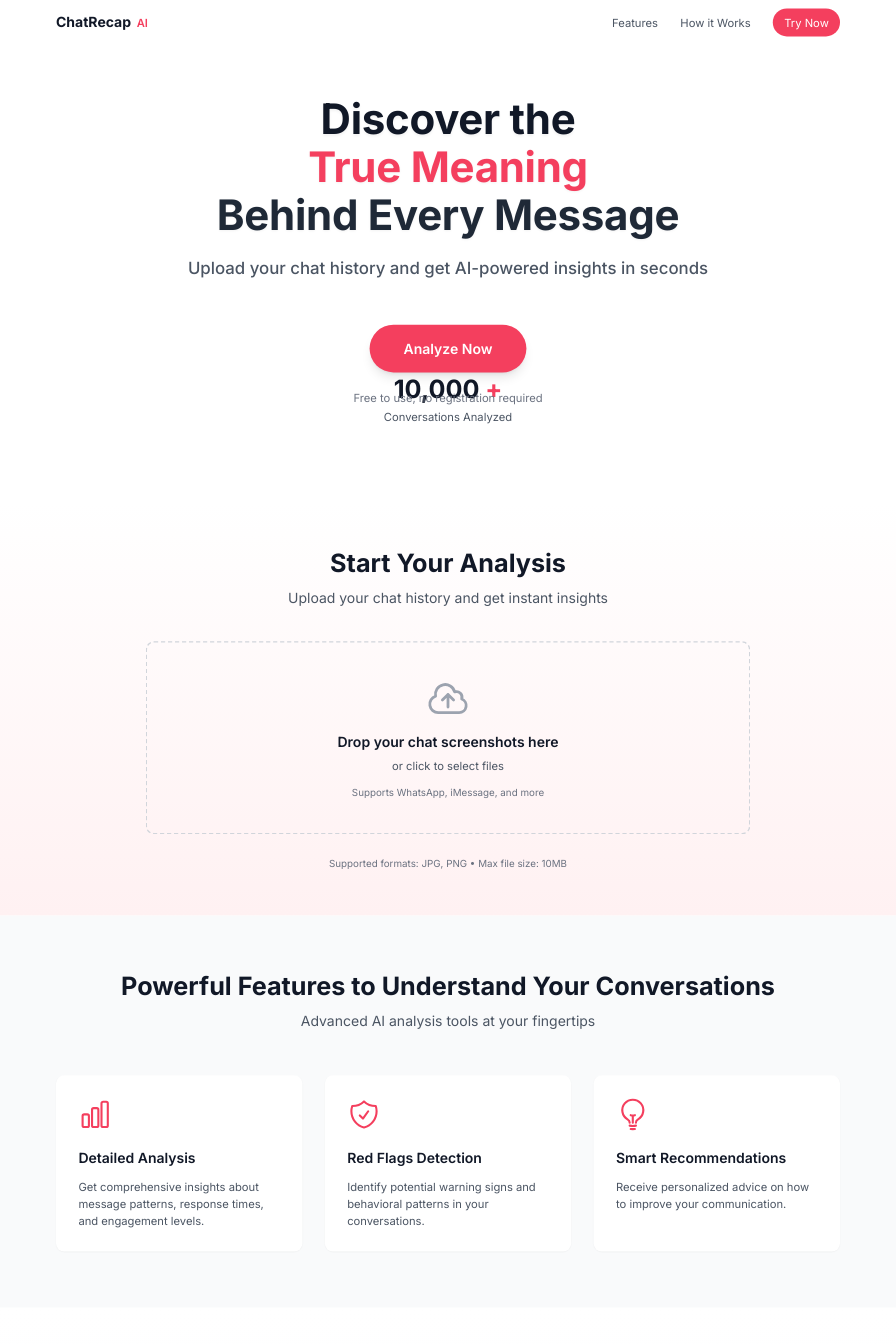
Repository: eurekabot123/chatrecap-ai
Page: /
These files come from the project's save history. The page is drawn as it stood at one moment and after the next save; the edit follows.
The browser window is 1280 px wide. The pictures show the part of the page from y = 0 to 1920 px (the page is 3617 px tall), at 70% of full size.
The project was rebuilt for these pictures with package versions that can differ from the ones it lists, and the page was loaded fresh each time. The framework's server and built-in components were replaced by stand-ins that run in the browser. Also part of the build but not shown: next.config.ts.

Above is the page before, as saved 2025-01-13 02:25:58.

### src/app/layout.tsx
import './globals.css'
import type { Metadata } from 'next'
import { Inter } from 'next/font/google'
import Navbar from '@/components/layout/Navbar'
import Footer from '@/components/layout/Footer'

const inter = Inter({ subsets: ['latin'] })

export const metadata: Metadata = {
  title: 'ChatRecap AI - Discover the True Meaning Behind Every Message',
  description: 'Upload your chat history and get AI-powered insights in seconds',
}

export default function RootLayout({
  children,
}: {
  children: React.ReactNode
}) {
  return (
    <html lang="zh">
      <body className={inter.className}>
        <Navbar />
        {children}
        <Footer />
      </body>
    </html>
  )
}

### src/app/page.tsx
import Hero from '@/components/home/Hero'
import Features from '@/components/home/Features'
import Demo from '@/components/home/Demo'
import Upload from '@/components/home/Upload'
import Testimonials from '@/components/home/Testimonials'

export default async function Home() {
  return (
    <main className="min-h-screen bg-gradient-to-b from-white via-white to-gray-50">
      <div className="max-w-7xl mx-auto">
        <Hero />
        <Upload />
        <Features />
        <Demo />
        <Testimonials />
      </div>
    </main>
  )
}

### src/app/globals.css
@tailwind base;
@tailwind components;
@tailwind utilities;

:root {
  --background: #ffffff;
  --foreground: #171717;
}

@media (prefers-color-scheme: dark) {
  :root {
    --background: #0a0a0a;
    --foreground: #ededed;
  }
}

body {
  color: var(--foreground);
  background: var(--background);
  font-family: Arial, Helvetica, sans-serif;
}

h1 {
  text-shadow: 0 2px 4px rgba(0,0,0,0.05);
}

.gradient-text {
  background-clip: text;
  -webkit-background-clip: text;
}

### src/components/layout/Navbar.tsx
'use client'

import { motion } from 'framer-motion'
import Link from 'next/link'

export default function Navbar() {
  return (
    <motion.nav
      className="fixed w-full z-50 bg-white/80 backdrop-blur-md"
      initial={{ y: -100 }}
      animate={{ y: 0 }}
      transition={{ duration: 0.5 }}
    >
      <div className="max-w-6xl mx-auto px-4">
        <div className="flex items-center justify-between h-16">
          {/* Logo */}
          <Link href="/" className="flex items-center space-x-2">
            <span className="text-xl font-bold text-gray-900">ChatRecap</span>
            <span className="text-primary-500 font-semibold">AI</span>
          </Link>

          {/* Navigation Links */}
          <div className="hidden md:flex items-center space-x-8">
            <Link href="#features" className="text-gray-600 hover:text-gray-900">Features</Link>
            <Link href="#how-it-works" className="text-gray-600 hover:text-gray-900">How it Works</Link>
            <button className="bg-primary-500 text-white px-4 py-2 rounded-full hover:bg-primary-600 transition-colors">
              Try Now
            </button>
          </div>
        </div>
      </div>
    </motion.nav>
  )
}

### src/components/layout/Footer.tsx
export default function Footer() {
  return (
    <footer className="bg-gray-50 py-12">
      <div className="max-w-6xl mx-auto px-4">
        <div className="grid grid-cols-1 md:grid-cols-4 gap-8">
          {/* Brand Section */}
          <div className="col-span-1 md:col-span-2">
            <div className="flex items-center space-x-2 mb-4">
              <span className="text-xl font-bold text-gray-900">ChatRecap</span>
              <span className="text-primary-500 font-semibold">AI</span>
            </div>
            <p className="text-gray-600 max-w-sm">
              Advanced AI-powered chat analysis to help you understand your conversations better.
            </p>
          </div>

          {/* Links Section */}
          <div>
            <h3 className="font-semibold text-gray-900 mb-4">Product</h3>
            <ul className="space-y-2">
              <li><a href="#features" className="text-gray-600 hover:text-gray-900">Features</a></li>
              <li><a href="#how-it-works" className="text-gray-600 hover:text-gray-900">How it Works</a></li>
              <li><a href="#pricing" className="text-gray-600 hover:text-gray-900">Pricing</a></li>
            </ul>
          </div>

          {/* Legal Section */}
          <div>
            <h3 className="font-semibold text-gray-900 mb-4">Legal</h3>
            <ul className="space-y-2">
              <li><a href="/privacy" className="text-gray-600 hover:text-gray-900">Privacy Policy</a></li>
              <li><a href="/terms" className="text-gray-600 hover:text-gray-900">Terms of Service</a></li>
            </ul>
          </div>
        </div>

        {/* Bottom Section */}
        <div className="border-t border-gray-200 mt-12 pt-8">
          <p className="text-center text-gray-600">
            © {new Date().getFullYear()} ChatRecap AI. All rights reserved.
          </p>
        </div>
      </div>
    </footer>
  )
}

### src/components/home/Hero.tsx
import { HeroActions, TrustSignals } from './HeroClient'

export default function Hero() {
  return (
    <div className="relative min-h-screen flex flex-col items-center justify-center px-4">
      <div className="text-center max-w-[1200px]">
        <h1 className="font-bold tracking-tight">
          <div className="text-5xl md:text-6xl text-gray-900 mb-2">Discover the</div>
          <div className="text-5xl md:text-6xl text-primary-500 mb-2">True Meaning</div>
          <div className="text-5xl md:text-6xl text-gray-800">Behind Every Message</div>
        </h1>

        <p className="text-xl md:text-2xl text-gray-600 mt-8 mb-16 font-medium max-w-3xl mx-auto leading-relaxed">
          Upload your chat history and get AI-powered insights in seconds
        </p>

        <HeroActions />
      </div>

      <div className="absolute bottom-28">
        <TrustSignals />
      </div>
    </div>
  )
}

### src/components/home/Features.tsx
'use client'

import { motion } from 'framer-motion'
import { ChartBarIcon, ShieldCheckIcon, LightBulbIcon } from '@heroicons/react/24/outline'

type Feature = {
  icon: React.ElementType;
  title: string;
  description: string;
}

const features = [
  {
    icon: ChartBarIcon,
    title: "Detailed Analysis",
    description: "Get comprehensive insights about message patterns, response times, and engagement levels."
  },
  {
    icon: ShieldCheckIcon,
    title: "Red Flags Detection",
    description: "Identify potential warning signs and behavioral patterns in your conversations."
  },
  {
    icon: LightBulbIcon,
    title: "Smart Recommendations",
    description: "Receive personalized advice on how to improve your communication."
  }
]

function FeatureCards({ features }: { features: Feature[] }) {
  return (
    <div className="grid md:grid-cols-3 gap-8">
      {features.map((feature, index) => (
        <motion.div
          key={feature.title}
          className="bg-white rounded-xl p-8 shadow-sm hover:shadow-md transition-shadow"
          initial={{ opacity: 0, y: 20 }}
          whileInView={{ opacity: 1, y: 0 }}
          viewport={{ once: true }}
          transition={{ duration: 0.5, delay: index * 0.1 }}
        >
          <feature.icon className="w-12 h-12 text-primary-500 mb-6" />
          <h3 className="text-xl font-semibold text-gray-900 mb-4">
            {feature.title}
          </h3>
          <p className="text-gray-600">
            {feature.description}
          </p>
        </motion.div>
      ))}
    </div>
  )
}

export default function Features() {
  return (
    <section className="py-20 bg-gray-50">
      <div className="max-w-6xl mx-auto px-4">
        <div className="text-center mb-16">
          <h2 className="text-3xl md:text-4xl font-bold text-gray-900 mb-4">
            Powerful Features to Understand Your Conversations
          </h2>
          <p className="text-xl text-gray-600">
            Advanced AI analysis tools at your fingertips
          </p>
        </div>

        <FeatureCards features={features} />
      </div>
    </section>
  )
}

### src/components/home/Demo.tsx
'use client'

import { motion } from 'framer-motion'
import Image from 'next/image'

export default function Demo() {
  return (
    <section className="py-20 bg-gradient-to-b from-white to-gray-50">
      <div className="max-w-6xl mx-auto px-4">
        <motion.div
          className="text-center mb-16"
          initial={{ opacity: 0, y: 20 }}
          whileInView={{ opacity: 1, y: 0 }}
          viewport={{ once: true }}
        >
          <h2 className="text-3xl md:text-4xl font-bold text-gray-900 mb-4">
            See How It Works
          </h2>
          <p className="text-xl text-gray-600">
            Transform your chat history into actionable insights
          </p>
        </motion.div>

        <div className="grid md:grid-cols-2 gap-12 items-center">
          <motion.div
            initial={{ opacity: 0, x: -20 }}
            whileInView={{ opacity: 1, x: 0 }}
            viewport={{ once: true }}
          >
            <div className="space-y-6">
              <div className="flex items-start space-x-4">
                <span className="flex-shrink-0 w-8 h-8 rounded-full bg-primary-100 text-primary-600 flex items-center justify-center">1</span>
                <div>
                  <h3 className="text-xl font-semibold mb-2">Upload Your Chat</h3>
                  <p className="text-gray-600">Simply upload your chat screenshots or export files. We support all major messaging platforms.</p>
                </div>
              </div>
              <div className="flex items-start space-x-4">
                <span className="flex-shrink-0 w-8 h-8 rounded-full bg-primary-100 text-primary-600 flex items-center justify-center">2</span>
                <div>
                  <h3 className="text-xl font-semibold mb-2">AI Analysis</h3>
                  <p className="text-gray-600">Our advanced AI analyzes communication patterns, sentiment, and engagement levels.</p>
                </div>
              </div>
              <div className="flex items-start space-x-4">
                <span className="flex-shrink-0 w-8 h-8 rounded-full bg-primary-100 text-primary-600 flex items-center justify-center">3</span>
                <div>
                  <h3 className="text-xl font-semibold mb-2">Get Insights</h3>
                  <p className="text-gray-600">Receive detailed analysis and actionable recommendations to improve your relationships.</p>
                </div>
              </div>
            </div>
          </motion.div>

          <motion.div
            className="relative h-[600px] rounded-xl overflow-hidden shadow-2xl"
            initial={{ opacity: 0, x: 20 }}
            whileInView={{ opacity: 1, x: 0 }}
            viewport={{ once: true }}
          >
            <Image
              src="/demo-analysis.png"
              alt="Chat Analysis Demo"
              fill
              className="object-cover"
            />
          </motion.div>
        </div>
      </div>
    </section>
  )
}

### src/components/home/Upload.tsx
import { UploadArea } from './UploadClient'

export default function Upload() {
  return (
    <section className="py-16 bg-gradient-to-b from-white to-primary-50">
      <div className="max-w-4xl mx-auto px-4">
        <div className="text-center mb-12">
          <h2 className="text-3xl md:text-4xl font-bold text-gray-900 mb-4">
            Start Your Analysis
          </h2>
          <p className="text-xl text-gray-600">
            Upload your chat history and get instant insights
          </p>
        </div>

        <UploadArea />

        <div className="mt-8 text-center">
          <p className="text-sm text-gray-500">
            Supported formats: JPG, PNG • Max file size: 10MB
          </p>
        </div>
      </div>
    </section>
  )
}

### src/components/home/Testimonials.tsx
'use client'

import { motion } from 'framer-motion'

const testimonials = [
  {
    quote: "This tool helped me understand why my conversations weren't going as planned. Game changer!",
    author: "Sarah M.",
    title: "Early Access User"
  },
  {
    quote: "The insights are incredibly accurate. It's like having a relationship expert in your pocket.",
    author: "James K.",
    title: "Beta Tester"
  },
  {
    quote: "I wish I had this tool months ago. It would have saved me from so many misunderstandings.",
    author: "Alex R.",
    title: "Early Access User"
  }
]

export default function Testimonials() {
  return (
    <section className="py-20 bg-white">
      <div className="max-w-6xl mx-auto px-4">
        <motion.div
          className="text-center mb-16"
          initial={{ opacity: 0, y: 20 }}
          whileInView={{ opacity: 1, y: 0 }}
          viewport={{ once: true }}
        >
          <h2 className="text-3xl md:text-4xl font-bold text-gray-900 mb-4">
            What Early Users Say
          </h2>
          <p className="text-xl text-gray-600">
            Join thousands of users who are improving their relationships
          </p>
        </motion.div>

        <div className="grid md:grid-cols-3 gap-8">
          {testimonials.map((testimonial, index) => (
            <motion.div
              key={index}
              className="bg-gray-50 p-8 rounded-xl"
              initial={{ opacity: 0, y: 20 }}
              whileInView={{ opacity: 1, y: 0 }}
              viewport={{ once: true }}
              transition={{ delay: index * 0.1 }}
            >
              <p className="text-gray-600 mb-6 italic">"{testimonial.quote}"</p>
              <div>
                <p className="font-semibold text-gray-900">{testimonial.author}</p>
                <p className="text-gray-500 text-sm">{testimonial.title}</p>
              </div>
            </motion.div>
          ))}
        </div>
      </div>
    </section>
  )
}

### src/components/home/HeroClient.tsx
'use client'

import { motion } from 'framer-motion'

export function HeroActions() {
  return (
    <motion.div
      initial={{ opacity: 0, y: 20 }}
      animate={{ opacity: 1, y: 0 }}
      transition={{ duration: 0.5, delay: 0.4 }}
      className="relative z-10"
    >
      <button className="bg-primary-500 text-white px-12 py-5 rounded-full text-xl font-semibold hover:bg-primary-600 transition-colors shadow-lg hover:shadow-xl">
        Analyze Now
      </button>
      <p className="mt-6 text-base text-gray-500">
        Free to use, no registration required
      </p>
    </motion.div>
  )
}

export function TrustSignals() {
  return (
    <motion.div
      className="text-center space-y-2"
      initial={{ opacity: 0 }}
      animate={{ opacity: 1 }}
      transition={{ duration: 0.5, delay: 0.6 }}
    >
      <div className="flex items-center justify-center space-x-2">
        <span className="text-4xl font-bold text-gray-900">10,000</span>
        <span className="text-4xl font-bold text-primary-500">+</span>
      </div>
      <p className="text-base text-gray-600">
        Conversations Analyzed
      </p>
    </motion.div>
  )
}

### src/components/home/UploadClient.tsx
'use client'

import { useState } from 'react'
import { motion } from 'framer-motion'
import { CloudArrowUpIcon, EnvelopeIcon } from '@heroicons/react/24/outline'

export function UploadArea() {
  const [isDragging, setIsDragging] = useState(false)
  const [showEarlyAccess, setShowEarlyAccess] = useState(false)
  const [email, setEmail] = useState('')
  const [isSubmitted, setIsSubmitted] = useState(false)

  const handleDragOver = (e: React.DragEvent) => {
    e.preventDefault()
    setIsDragging(true)
  }

  const handleDragLeave = (e: React.DragEvent) => {
    e.preventDefault()
    setIsDragging(false)
  }

  const handleDrop = (e: React.DragEvent) => {
    e.preventDefault()
    setIsDragging(false)
    setShowEarlyAccess(true)
  }

  const handleSubmitEmail = (e: React.FormEvent) => {
    e.preventDefault()
    // 这里可以添加实际的邮件收集逻辑
    setIsSubmitted(true)
  }

  return (
    <div className="relative">
      <div
        className={`
          border-2 border-dashed rounded-xl p-12
          flex flex-col items-center justify-center
          transition-colors cursor-pointer
          ${isDragging ? 'border-primary-500 bg-primary-50' : 'border-gray-300 hover:border-primary-400'}
        `}
        onDragOver={handleDragOver}
        onDragLeave={handleDragLeave}
        onDrop={handleDrop}
        onClick={() => !showEarlyAccess && document.getElementById('file-input')?.click()}
      >
        <input
          type="file"
          id="file-input"
          className="hidden"
          accept="image/*"
          multiple
          onChange={() => setShowEarlyAccess(true)}
        />

        {!showEarlyAccess ? (
          <>
            <CloudArrowUpIcon className={`w-16 h-16 mb-4 ${isDragging ? 'text-primary-500' : 'text-gray-400'}`} />
            <h3 className="text-xl font-semibold text-gray-900 mb-2">
              Drop your chat screenshots here
            </h3>
            <p className="text-gray-600 mb-4">
              or click to select files
            </p>
            <p className="text-sm text-gray-500">
              Supports WhatsApp, iMessage, and more
            </p>
          </>
        ) : (
          <motion.div
            initial={{ opacity: 0, scale: 0.95 }}
            animate={{ opacity: 1, scale: 1 }}
            className="text-center"
          >
            {!isSubmitted ? (
              <>
                <h3 className="text-2xl font-bold text-gray-900 mb-4">
                  🚀 Coming Soon!
                </h3>
                <p className="text-gray-600 mb-6">
                  Be among the first to experience our AI-powered chat analysis.
                  Join our waiting list for early access!
                </p>
                <form onSubmit={handleSubmitEmail} className="space-y-4">
                  <div className="flex max-w-md mx-auto">
                    <input
                      type="email"
                      value={email}
                      onChange={(e) => setEmail(e.target.value)}
                      placeholder="Enter your email"
                      className="flex-1 px-4 py-2 border border-gray-300 rounded-l-lg focus:outline-none focus:ring-2 focus:ring-primary-500"
                      required
                    />
                    <button
                      type="submit"
                      className="px-6 py-2 bg-primary-500 text-white rounded-r-lg hover:bg-primary-600 transition-colors"
                    >
                      Join
                    </button>
                  </div>
                </form>
              </>
            ) : (
              <>
                <h3 className="text-2xl font-bold text-gray-900 mb-4">
                  🎉 You're on the list!
                </h3>
                <p className="text-gray-600">
                  We'll notify you as soon as we launch. Thank you for your interest!
                </p>
              </>
            )}
          </motion.div>
        )}
      </div>
    </div>
  )
}

### tailwind.config.js
/** @type {import('tailwindcss').Config} */
module.exports = {
  content: [
    './src/pages/**/*.{js,ts,jsx,tsx,mdx}',
    './src/components/**/*.{js,ts,jsx,tsx,mdx}',
    './src/app/**/*.{js,ts,jsx,tsx,mdx}',
  ],
  theme: {
    extend: {
      colors: {
        primary: {
          50: '#fff1f2',
          100: '#ffe4e6',
          200: '#fecdd3',
          300: '#fda4af',
          400: '#fb7185',
          500: '#f43f5e',
          600: '#e11d48',
          700: '#be123c',
          800: '#9f1239',
          900: '#881337',
        },
      },
    },
  },
  plugins: [],
}

After the next save:
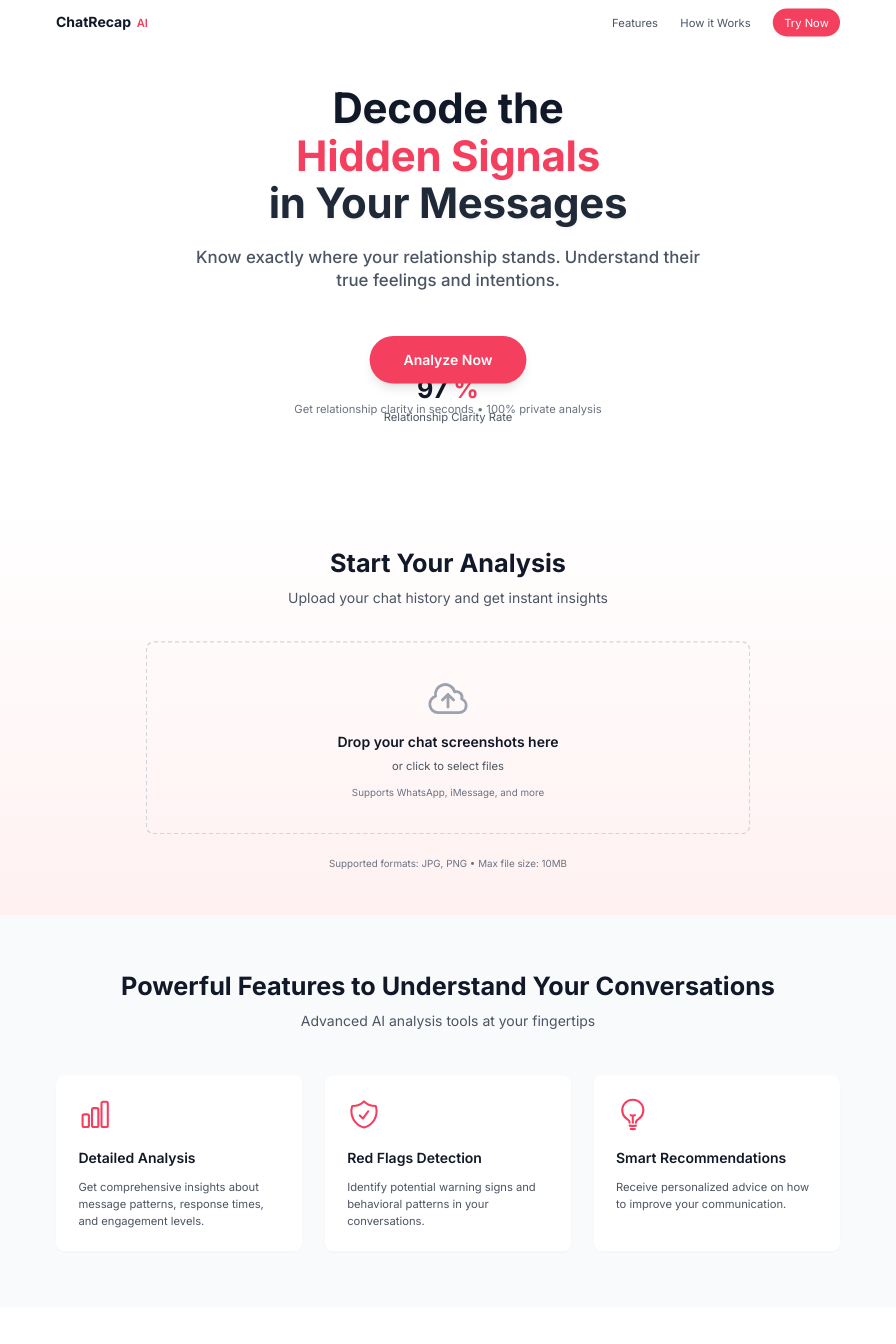
Saved 98 s later.
--- a/src/components/home/Hero.tsx
+++ b/src/components/home/Hero.tsx
@@ -5,13 +5,13 @@ export default function Hero() {
     <div className="relative min-h-screen flex flex-col items-center justify-center px-4">
       <div className="text-center max-w-[1200px]">
         <h1 className="font-bold tracking-tight">
-          <div className="text-5xl md:text-6xl text-gray-900 mb-2">Discover the</div>
-          <div className="text-5xl md:text-6xl text-primary-500 mb-2">True Meaning</div>
-          <div className="text-5xl md:text-6xl text-gray-800">Behind Every Message</div>
+          <div className="text-5xl md:text-6xl text-gray-900 mb-2">Decode the</div>
+          <div className="text-5xl md:text-6xl text-primary-500 mb-2">Hidden Signals</div>
+          <div className="text-5xl md:text-6xl text-gray-800">in Your Messages</div>
         </h1>
 
         <p className="text-xl md:text-2xl text-gray-600 mt-8 mb-16 font-medium max-w-3xl mx-auto leading-relaxed">
-          Upload your chat history and get AI-powered insights in seconds
+          Know exactly where your relationship stands. Understand their true feelings and intentions.
         </p>
 
         <HeroActions />
--- a/src/components/home/HeroClient.tsx
+++ b/src/components/home/HeroClient.tsx
@@ -14,7 +14,7 @@ export function HeroActions() {
         Analyze Now
       </button>
       <p className="mt-6 text-base text-gray-500">
-        Free to use, no registration required
+        Get relationship clarity in seconds • 100% private analysis
       </p>
     </motion.div>
   )
@@ -29,11 +29,11 @@ export function TrustSignals() {
       transition={{ duration: 0.5, delay: 0.6 }}
     >
       <div className="flex items-center justify-center space-x-2">
-        <span className="text-4xl font-bold text-gray-900">10,000</span>
-        <span className="text-4xl font-bold text-primary-500">+</span>
+        <span className="text-4xl font-bold text-gray-900">97</span>
+        <span className="text-4xl font-bold text-primary-500">%</span>
       </div>
       <p className="text-base text-gray-600">
-        Conversations Analyzed
+        Relationship Clarity Rate
       </p>
     </motion.div>
   )
